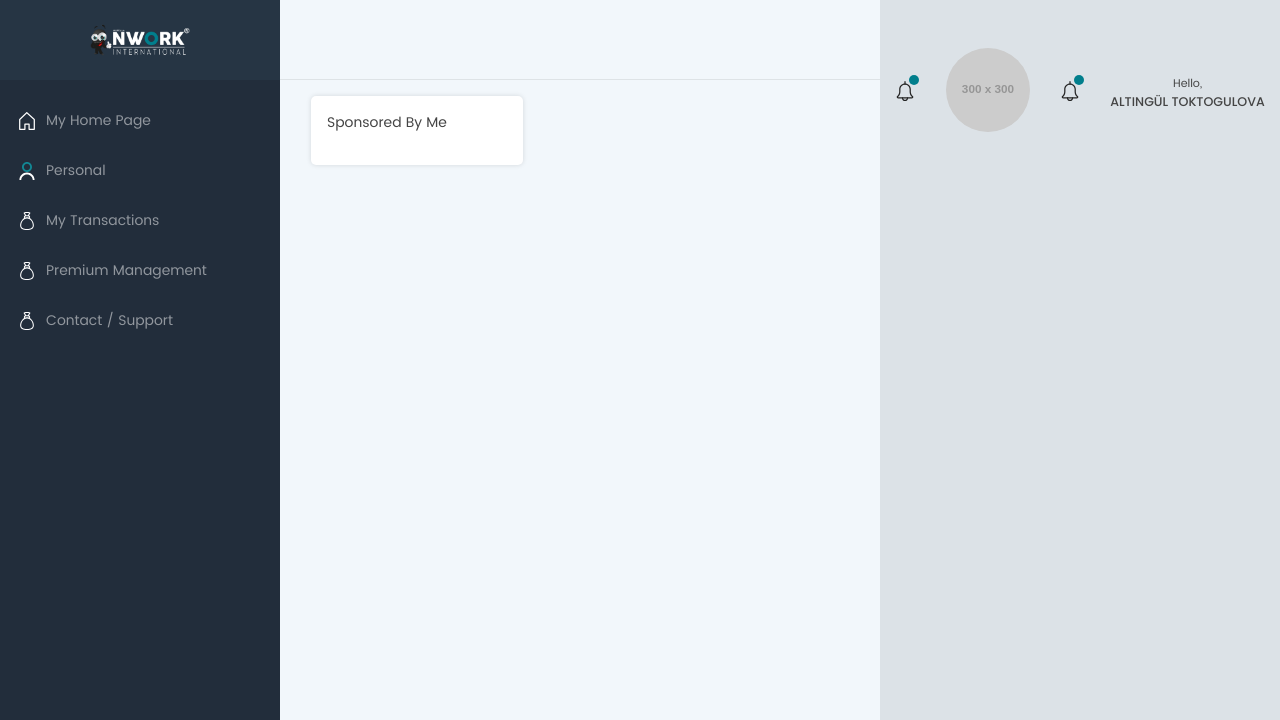
Repository: KayahanKahriman/nwork-admin
Page: index.html
An editor plug-in stored every save of this project. The page is shown before and after the next save, followed by the edit.
The browser window is 1280 px wide. The pictures show the whole page.
Some web fonts or font styles are not loaded; a fallback is used. The style sheet was rebuilt from its Sass, Less or Tailwind sources for each picture, by a compiler version that may differ from the author's.

Above is the page before, as saved 2021-06-09 16:16:27.

After the next save:
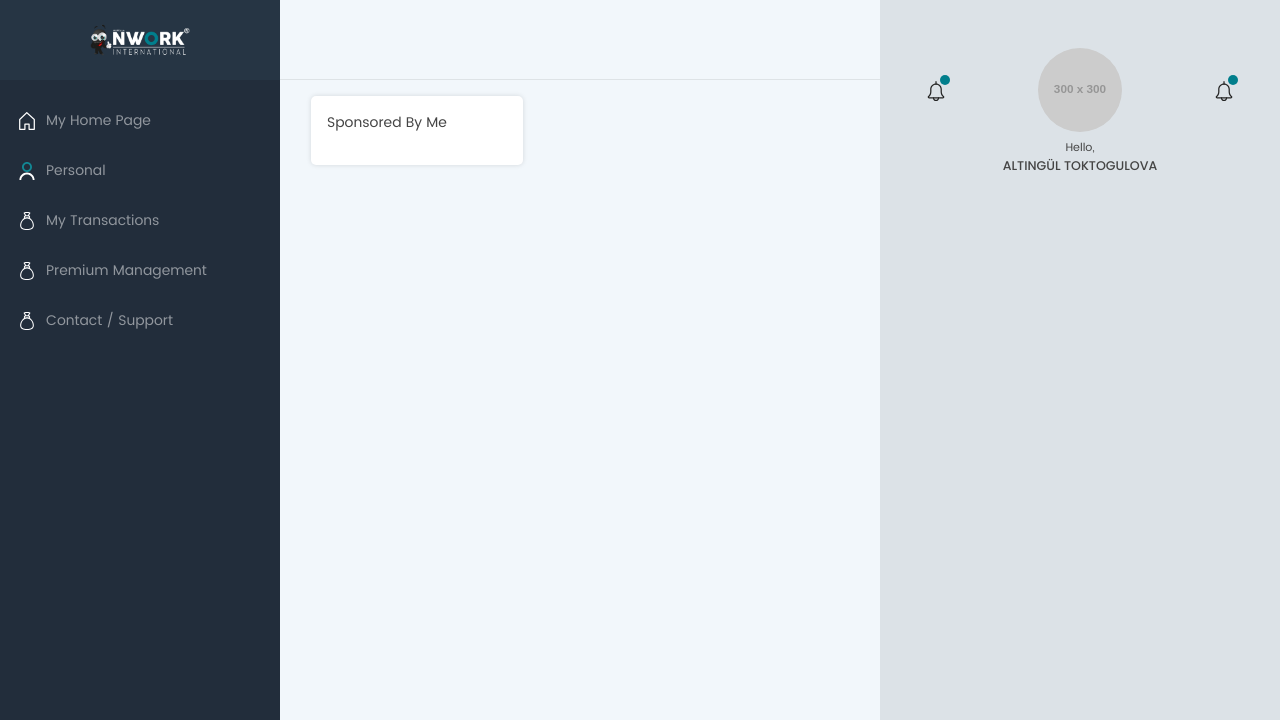
Saved 8 s later.
--- a/index.html
+++ b/index.html
@@ -131,11 +131,11 @@
                     <i></i>
                 </a>
             </div>
+        </div>
 
-            <div id="user" class="mt-2">
-                <span>Hello,</span>
-                <p class="mb-0">altıngül toktogulova</p>
-            </div>
+        <div id="user" class="mt-2">
+            <span>Hello,</span>
+            <p class="mb-0">altıngül toktogulova</p>
         </div>
 
     </section>
